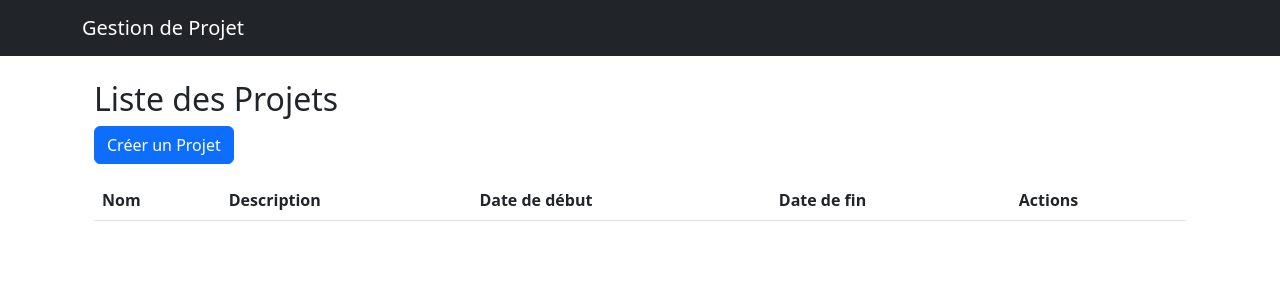
Repository: SalmaElhaou/Scrum-Project
Page: http://localhost/projects
An editor plug-in stored every save of this project. The page is shown before and after the next save, followed by the edit.
The browser window is 1280 px wide. The pictures show the whole page.
The page is served by the project's Laravel application, run on PHP 8.4 with Laravel 10. Other server files are loaded and not shown. Queries for data that is not in the repository find no rows.

Above is the page before, as saved 2025-02-02 13:22:08.

### routes/web.php
<?php

use Illuminate\Support\Facades\Route;
use App\Http\Controllers\ProjectController;
/*
|--------------------------------------------------------------------------
| Web Routes
|--------------------------------------------------------------------------
|
| Here is where you can register web routes for your application. These
| routes are loaded by the RouteServiceProvider and all of them will
| be assigned to the "web" middleware group. Make something great!
|
*/

Route::get('/', function () {
    return view('welcome');
});

Route::resource('projects', ProjectController::class);

### app/Http/Controllers/ProjectController.php
<?php

namespace App\Http\Controllers;

use Illuminate\Http\Request;
use App\Models\Project;
class ProjectController extends Controller
{
    /**
     * Display a listing of the resource.
     */
    public function index()
    {
    $projects = Project::all();
    return view('projects.index', compact('projects'));
    }

    /**
     * Show the form for creating a new resource.
     */
    public function create()
    {
        //
    }

    /**
     * Store a newly created resource in storage.
     */
    public function store(Request $request)
    {
        $request->validate([
            'name' => 'required|string|max:255',
            'description' => 'nullable|string',
            'start_date' => 'nullable|date',
            'end_date' => 'nullable|date|after_or_equal:start_date',
        ]);

        Project::create($request->all());

        return redirect()->route('projects.index')->with('success', 'Projet créé avec succès.');
    }

    /**
     * Display the specified resource.
     */
    public function show(string $id)
    {
        //
    }

    /**
     * Show the form for editing the specified resource.
     */
    public function edit(string $id)
    {
        //
    }

    /**
     * Update the specified resource in storage.
     */
    public function update(Request $request, string $id)
    {
        //
    }

    /**
     * Remove the specified resource from storage.
     */
    public function destroy(string $id)
    {
        //
    }
}

### app/Models/Project.php
<?php

namespace App\Models;

use Illuminate\Database\Eloquent\Factories\HasFactory;
use Illuminate\Database\Eloquent\Model;

class Project extends Model
{
    use HasFactory;
    protected $fillable = ['name', 'description', 'start_date', 'end_date'];
}

### resources/views/projects/index.blade.php
@extends('layouts.app')

@section('content')
<div class="container">
    <h2>Liste des Projets</h2>
    <a href="{{ route('projects.create') }}" class="btn btn-primary">Créer un Projet</a>

    <table class="table mt-3">
        <thead>
            <tr>
                <th>Nom</th>
                <th>Description</th>
                <th>Date de début</th>
                <th>Date de fin</th>
                <th>Actions</th>
            </tr>
        </thead>
        <tbody>
            @foreach ($projects as $project)
            <tr>
                <td>{{ $project->name }}</td>
                <td>{{ $project->description }}</td>
                <td>{{ $project->start_date }}</td>
                <td>{{ $project->end_date }}</td>
                <td>
                    <a href="{{ route('projects.show', $project->id) }}" class="btn btn-info">Voir</a>
                    <a href="{{ route('projects.edit', $project->id) }}" class="btn btn-warning">Modifier</a>
                    <form action="{{ route('projects.destroy', $project->id) }}" method="POST" style="display:inline;">
                        @csrf
                        @method('DELETE')
                        <button type="submit" class="btn btn-danger" onclick="return confirm('Êtes-vous sûr ?')">Supprimer</button>
                    </form>
                </td>
            </tr>
            @endforeach
        </tbody>
    </table>
</div>
@endsection

### resources/views/layouts/app.blade.php
<!DOCTYPE html>
<html lang="fr">
<head>
    <meta charset="UTF-8">
    <meta name="viewport" content="width=device-width, initial-scale=1.0">
    <title>@yield('title', 'Gestion de Projet')</title>
    <link rel="stylesheet" href="https://cdn.jsdelivr.net/npm/bootstrap@5.3.0/dist/css/bootstrap.min.css">
</head>
<body>
    <nav class="navbar navbar-expand-lg navbar-dark bg-dark">
        <div class="container">
            <a class="navbar-brand" href="{{ route('projects.index') }}">Gestion de Projet</a>
            <button class="navbar-toggler" type="button" data-bs-toggle="collapse" data-bs-target="#navbarNav">
                <span class="navbar-toggler-icon"></span>
            </button>
        </div>
    </nav>

    <div class="container mt-4">
        @yield('content')
    </div>

    <script src="https://cdn.jsdelivr.net/npm/bootstrap@5.3.0/dist/js/bootstrap.bundle.min.js"></script>
</body>
</html>

Loaded but not shown: app/Http/Controllers/Controller.php (common file)

After the next save:
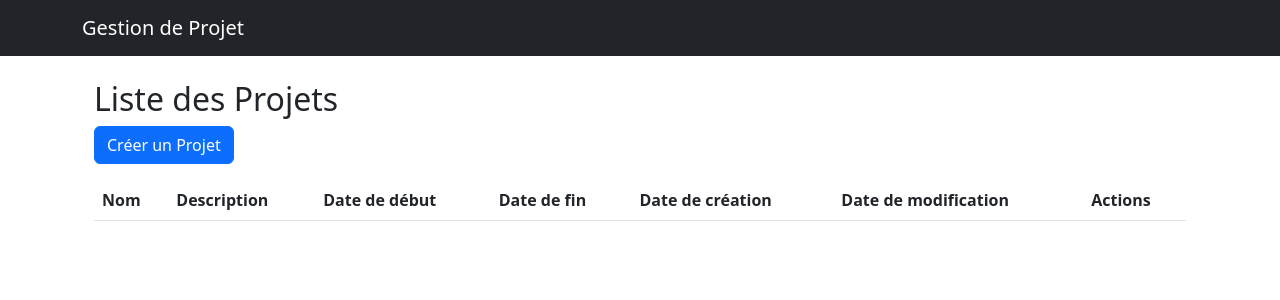
Saved 31 s later.
--- a/resources/views/projects/index.blade.php
+++ b/resources/views/projects/index.blade.php
@@ -1,4 +1,6 @@
 @extends('layouts.app')
+
+@section('title', 'Liste des Projets')
 
 @section('content')
 <div class="container">
@@ -12,6 +14,8 @@
                 <th>Description</th>
                 <th>Date de début</th>
                 <th>Date de fin</th>
+                <th>Date de création</th>
+                <th>Date de modification</th>
                 <th>Actions</th>
             </tr>
         </thead>
@@ -22,6 +26,8 @@
                 <td>{{ $project->description }}</td>
                 <td>{{ $project->start_date }}</td>
                 <td>{{ $project->end_date }}</td>
+                <td>{{ $project->created_at->format('d/m/Y H:i') }}</td>
+                <td>{{ $project->updated_at->format('d/m/Y H:i') }}</td>
                 <td>
                     <a href="{{ route('projects.show', $project->id) }}" class="btn btn-info">Voir</a>
                     <a href="{{ route('projects.edit', $project->id) }}" class="btn btn-warning">Modifier</a>
